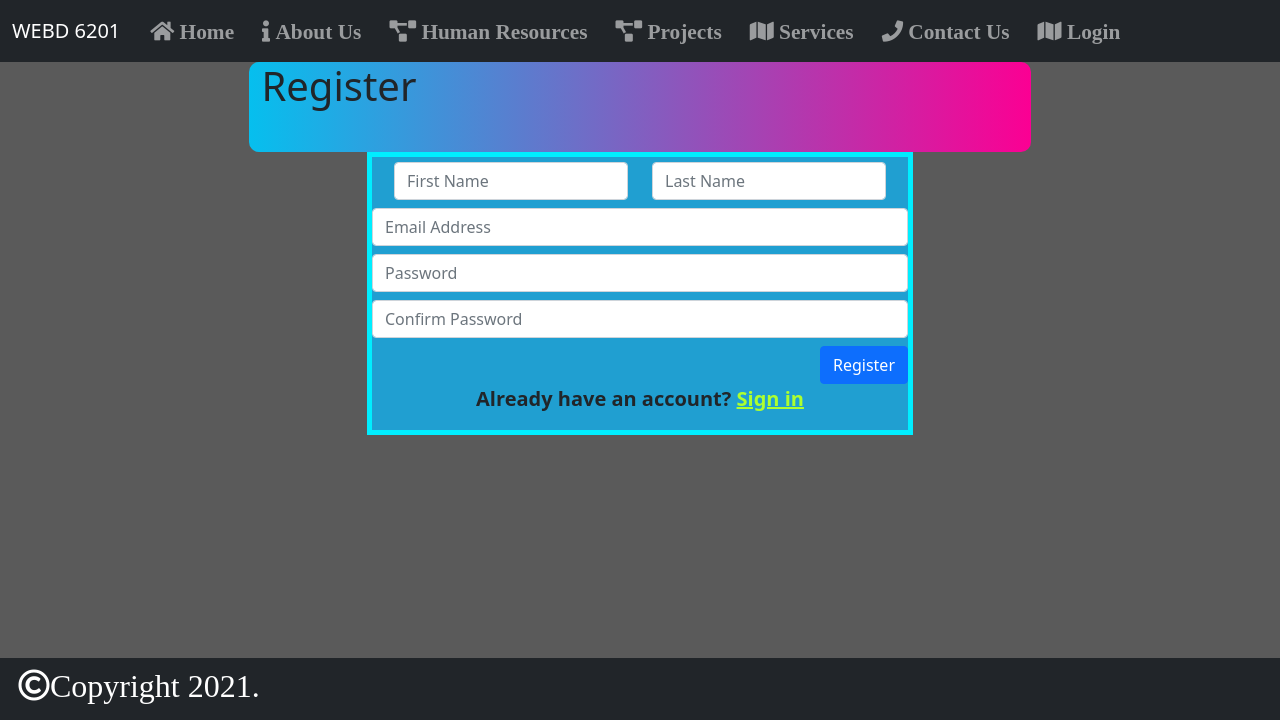
Repository: vans12345678/WEBD6201-W2021-Lab2
Page: register.html
The author's editor kept a copy of each file at every save. The page is drawn from the files as they stood at one save, then again after the next save.
The browser window is 1280 px wide. The pictures show the whole page.

Above is the page before, as saved 2021-03-06 19:16:42.

### register.html
<!DOCTYPE html>
<html lang="en">
<head>
    <meta charset="UTF-8">
    <meta name="viewport" content="width=device-width, initial-scale=1.0">
    <title>Register</title>
    <!-- CSS Section -->
    <link rel="stylesheet" href="./node_modules/bootstrap/dist/css/bootstrap.min.css">
    <link rel="stylesheet" href="./node_modules/@fortawesome/fontawesome-free/css/all.min.css">
    <link rel="stylesheet" href="./Content/app.css">
</head>
<body>
    <!-- Main Header -->
    <header>
        <!-- Main Navigation -->
        <nav class="navbar navbar-expand-lg navbar-dark bg-dark">
            <div class="container-fluid">
                <a id ="navHome" class="navbar-brand" href="index.html"></a>
                <button class="navbar-toggler" type="button" data-bs-toggle="collapse" data-bs-target="#navbarSupportedContent" aria-controls="navbarSupportedContent" aria-expanded="false" aria-label="Toggle navigation">
                  <span class="navbar-toggler-icon"></span>
                </button>
                <div class="collapse navbar-collapse" id="navbarSupportedContent">
                  <ul id = "ulNav" class="navbar-nav me-auto mb-2 mb-lg-0">
                    <li class="nav-item">
                      <a  class="nav-link" aria-current="page" href="index.html"><i id ="navIndex"class = "fas fa-home fa-lg"></i></a>
                    </li>
                  </li>
                  <li class="nav-item" id ="navAbout">
                    <a  class="nav-link " aria-current="page" href="about.html"><i id ="navAboutItem"class = "fas fa-info fa-lg"></i></a>
                  </li>
                  <li class="nav-item">
                    <a  class="nav-link" aria-current="page" href="projects.html"><i id ="navProjects" class ="fas fa-project-diagram fa-lg">Products</i></a>
                  </li>
                  <li class="nav-item">
                    <a  class="nav-link " aria-current="page" href="services.html"><i id ="navServices"class = "fas fa-map fa-lg"></i></a>
                  </li>
                  <li class="nav-item">
                    <a  class="nav-link " aria-current="page" href="contact.html"><i id ="navContact"class = "fas fa-phone fa-lg"></i></a>
                  </li>
                  <li class="nav-item" id="liLogin">
                    <a  class="nav-link" aria-current="page" href="login.html"><i  id ="navLogin" class = "fas fa-map fa-lg"></i></a>
                  </li>
                  </ul>
                </div>
              </div>
          </nav>
    </header>
<!-- Main Content -->
    <!-- Main Content -->
    <main class="container" id="mainContent">
        <h1 class = "container">Register</h1>
        <div class="row">
            <div class="offset-md-3 col-md-6 col-sm-12">
                  <div class="login" id="contentArea"></div>
                  <div id = "messageArea" class="hidden"></div>
                      <form class = "formBackground " id="registerForm">
                        <div class="mb-2">
                          <div class="row inputMargin">
                            <div class="col-md-6">
                              <input class="form-control" type="text" id="firstName" placeholder="First Name" name="firstName" required/>
                            </div>
                            <div class="col-md-6">
                              <input class="form-control" type="text" name="lastName" id="lastName" placeholder="Last Name" required/>
                            </div>
                          </div>
                        </div>
                        <div class="form-group mb-2">
                          <div class="row">
                            <div class="col-md-12">
                              <input id="emailAddress" type="email" class="form-control" placeholder="Email Address" aria-label="Email Address" aria-describedby="Email Address Input"
                              name="emailAddress" required/>
                            </div>
                          </div>
                        </div>
                        <div class="form-group mb-2">
                          <div class="row">
                            <div class="col-md-12">
                              <input type="password" class="form-control" id="password" name="password"  value="" placeholder="Password" required/>
                            </div>
                          </div>
                        </div>
                        <div class="form-group mb-2">
                          <div class="row">
                            <div class="col-md-12">
                              <input type="password" class="form-control" id="confirmPassword" name="confirmPassword" value="" placeholder="Confirm Password" required/>
                            </div>
                          </div>
                        </div>
                        <div class="text-end">
                          <button id="registerButton" type="submit" class="btn btn-primary btn-md buttonMargin">Register</button>
                        </div>
                        <p class="text-center fs-5 fw-bold">
                        Already have an account?
                        <a href="login.html">Sign in</a>
                        </p>
                      </form>
                  </div>
            </div>
        </div>
    </main>

<!-- Main Footer -->
<footer>
    <nav class="navbar fixed-bottom navbar-dark bg-dark">
        <div class="container-fluid">
            <h4><i id = "footer" class="far fa-copyright fa-lg site-footer"></i></h4>
        </div>
      </nav>
</footer>
<!-- Script Section -->
<script src="./node_modules/jquery/dist/jquery.min.js"></script>
<script src="./node_modules/bootstrap/dist/js/bootstrap.bundle.min.js"></script>
<script src="./Scripts/namespace.js"></script>
<script src="./Scripts/app.js"></script>
</body>
</html>

### Content/app.css
/* custom css goes here */
.Vapor {
    background-image: url('../images/vapor.jpg');
    background-repeat: no-repeat;
    background-attachment: fixed;
    background-size: 100% 100%;
  }
  a {
    color: greenyellow;
  }
  .textFont
  {
    font-family: Arial, Helvetica, sans-serif;
    line-height: 32px;
  }
  body
  {
    background-color: rgb(90, 90, 90);
  }
  h1.container{
    border-radius: 10px;
    width: 70%;
    height: 90px;
    margin: 0px auto;
    background: linear-gradient(90deg,#06bfee,#fb0093)
  }
  h1.projects{
    background-color: white;
  }
  .contact-table{
    width: 100%;
    margin:  50px auto;
    background-color: white;
  }
  .contact-form
  {
    width: 100%;
    margin:  100px auto;
  }
  .warnMessage
  {
    width: 90%;
    margin:  50px;
  }
  .site-footer {
    color:white;
  }
  .formMargin
  {
    margin: 35px 70px;
  }
  .inputMargin
  {
    margin: 5px 10px;
  }
  .formBackground
  {
    background-color: rgba(20, 174, 235, 0.822);
    border: 5px solid rgb(0, 238, 255);

  }
  i{
    margin:7px 6px;
  }

### Scripts/namespace.js
//Namespace core
let core;

Loaded but not shown: node_modules/bootstrap/dist/css/bootstrap.min.css (library); node_modules/@fortawesome/fontawesome-free/css/all.min.css (library); node_modules/jquery/dist/jquery.min.js (library); node_modules/bootstrap/dist/js/bootstrap.bundle.min.js (library); Scripts/app.js (639 lines, source omitted)

After the next save:
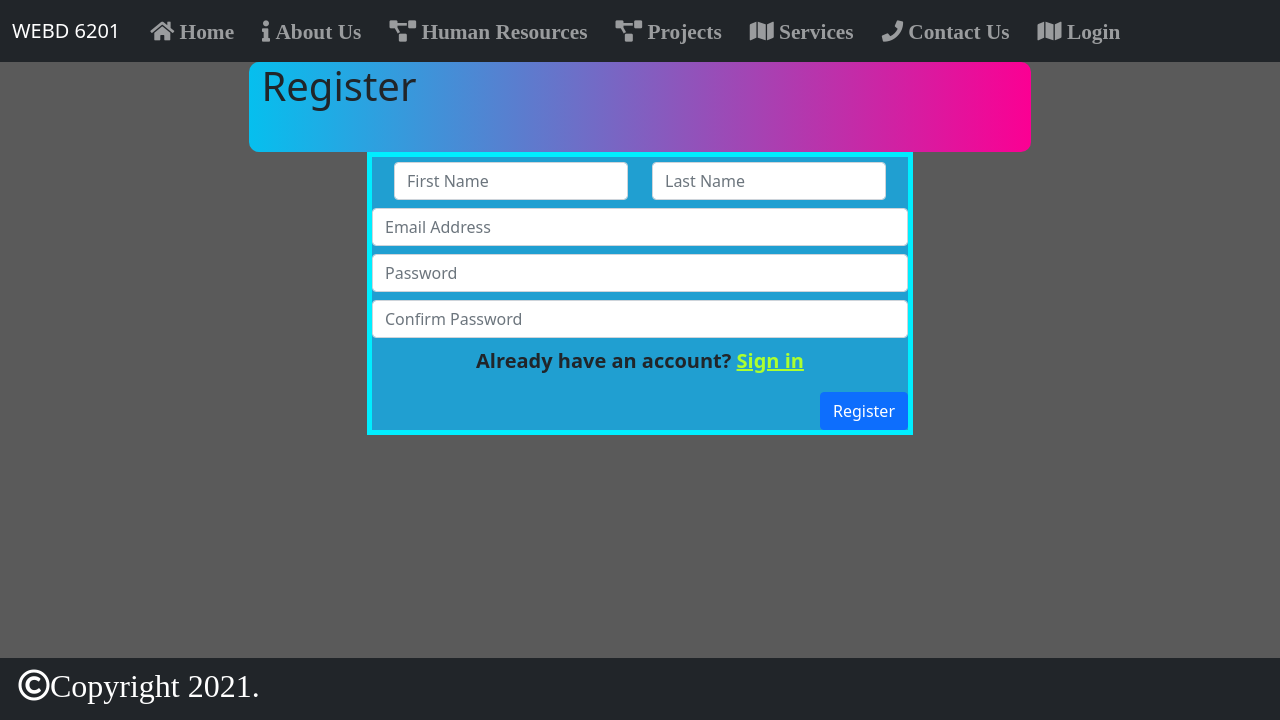
Saved 12 s later.
--- a/register.html
+++ b/register.html
@@ -86,13 +86,14 @@
                             </div>
                           </div>
                         </div>
-                        <div class="text-end">
-                          <button id="registerButton" type="submit" class="btn btn-primary btn-md buttonMargin">Register</button>
-                        </div>
+
                         <p class="text-center fs-5 fw-bold">
                         Already have an account?
                         <a href="login.html">Sign in</a>
                         </p>
+                        <div class="text-end">
+                          <button id="registerButton" type="submit" class="btn btn-primary btn-md buttonMargin">Register</button>
+                        </div>
                       </form>
                   </div>
             </div>
